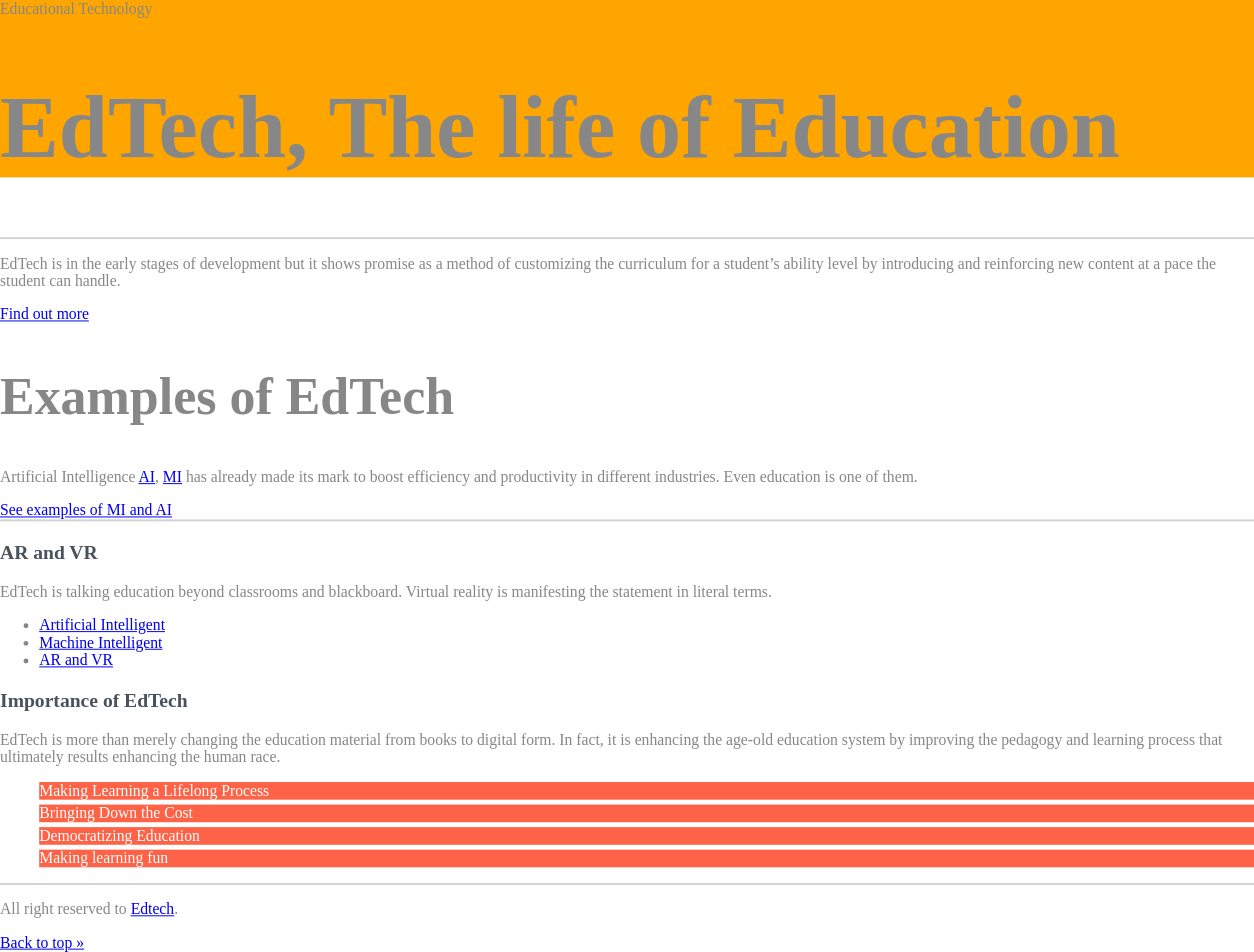
Repository: tunmishyi/edtech
Page: index.html
These files come from the project's save history. The page is drawn as it stood at one moment and after the next save; the edit follows.
The browser window is 1280 px wide. The pictures show the whole page, at 98% of full size.

Above is the page before, as saved 2020-06-06 17:57:54.

After the next save:
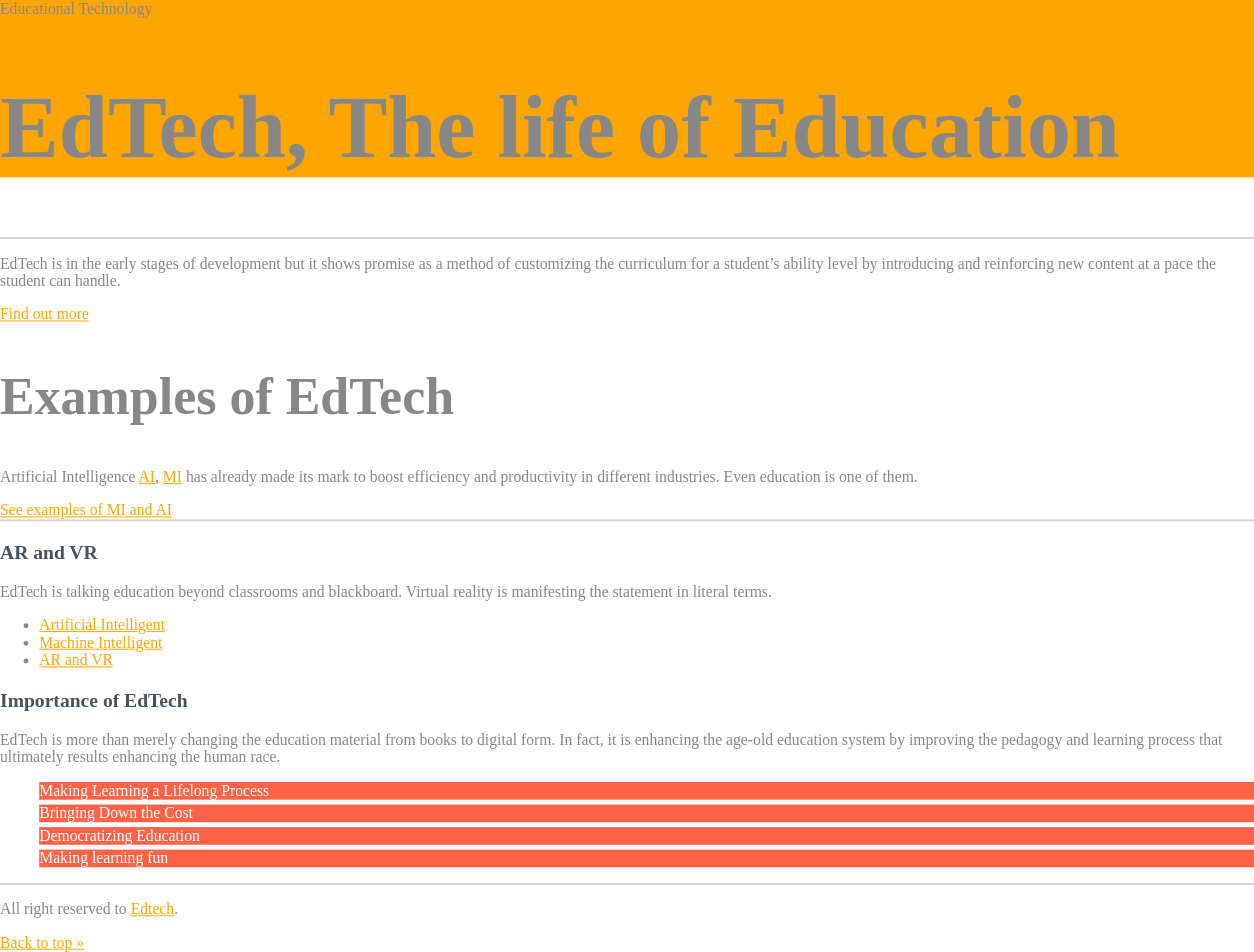
Saved 37 s later.
--- a/style.css
+++ b/style.css
@@ -39,3 +39,7 @@ h1 {
     .t-border {
         border-top: 2px solid lightgrey;
     }
+
+    a:link {
+        color: orange;
+    }
